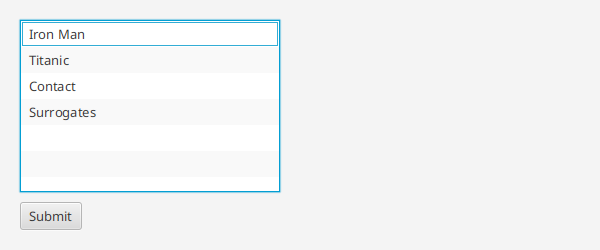
Repository: atafs/BackEnd_JavaSWING
Program's window: java Module_GUI_1_2JavaFX_integrationModule/src/Test.java
These files come from the project's save history. The program's window is drawn as it stood at one moment and after a run of saves; the edit follows.
It runs on Java 21 on a 1366 x 768 screen with JavaFX 11; the title bar is not drawn.

Above is the program's window before, as saved 2015-06-27 11:58:14.

After the next 2 saves:
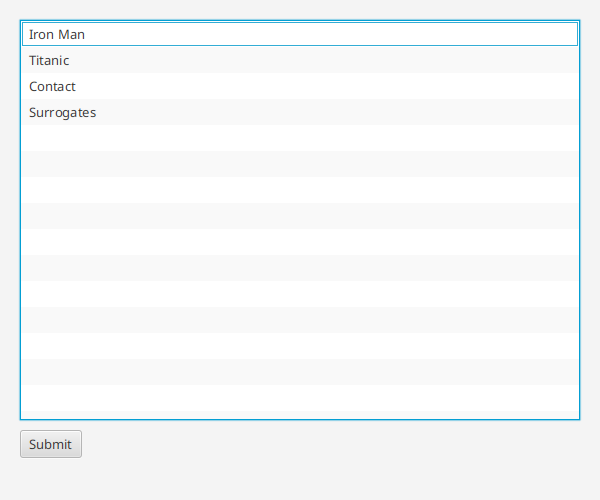
The 2 saves are shown as one change because 1 did not build or start.
The last was saved 26 h 7 min later.
--- a/Module_GUI_1_2JavaFX_integrationModule/src/Test.java
+++ b/Module_GUI_1_2JavaFX_integrationModule/src/Test.java
@@ -6,6 +6,7 @@
 import javafx.scene.Scene;
 import javafx.scene.control.Button;
 import javafx.scene.control.SelectionMode;
+import javafx.scene.layout.BorderPane;
 import javafx.scene.layout.VBox;
 import javafx.stage.Stage;
 import javafx.scene.control.ListView;
@@ -23,7 +24,23 @@
 
     @Override
     public void start(Stage primaryStage) throws Exception {
-        window = primaryStage;
+        BorderPane borderPane = new BorderPane();
+        borderPane.setPrefSize(500,400);
+
+//        ListView list = new ListView();
+//        BorderPane.setAlignment(list, Pos.TOP_LEFT);
+//        BorderPane.setMargin(list, new Insets(12,12,12,12));
+//        borderPane.setCenter(list);
+//
+//        ToolBar toolbar = new ToolBar();
+//        HBox statusbar = new HBox();
+//        Node appContent = new AppContentNode();
+//        borderPane.setTop(toolbar);
+//        borderPane.setCenter(appContent);
+//        borderPane.setBottom(statusbar);
+
+
+    	window = primaryStage;
         window.setTitle("ListView Demo");
         button = new Button("Submit");
 
@@ -37,7 +54,7 @@
         layout.setPadding(new Insets(20, 20, 20, 20));
         layout.getChildren().addAll(listView, button);
 
-        scene = new Scene(layout, 300, 250);
+        scene = new Scene(layout, 600, 500);
         window.setScene(scene);
         window.show();
     }
